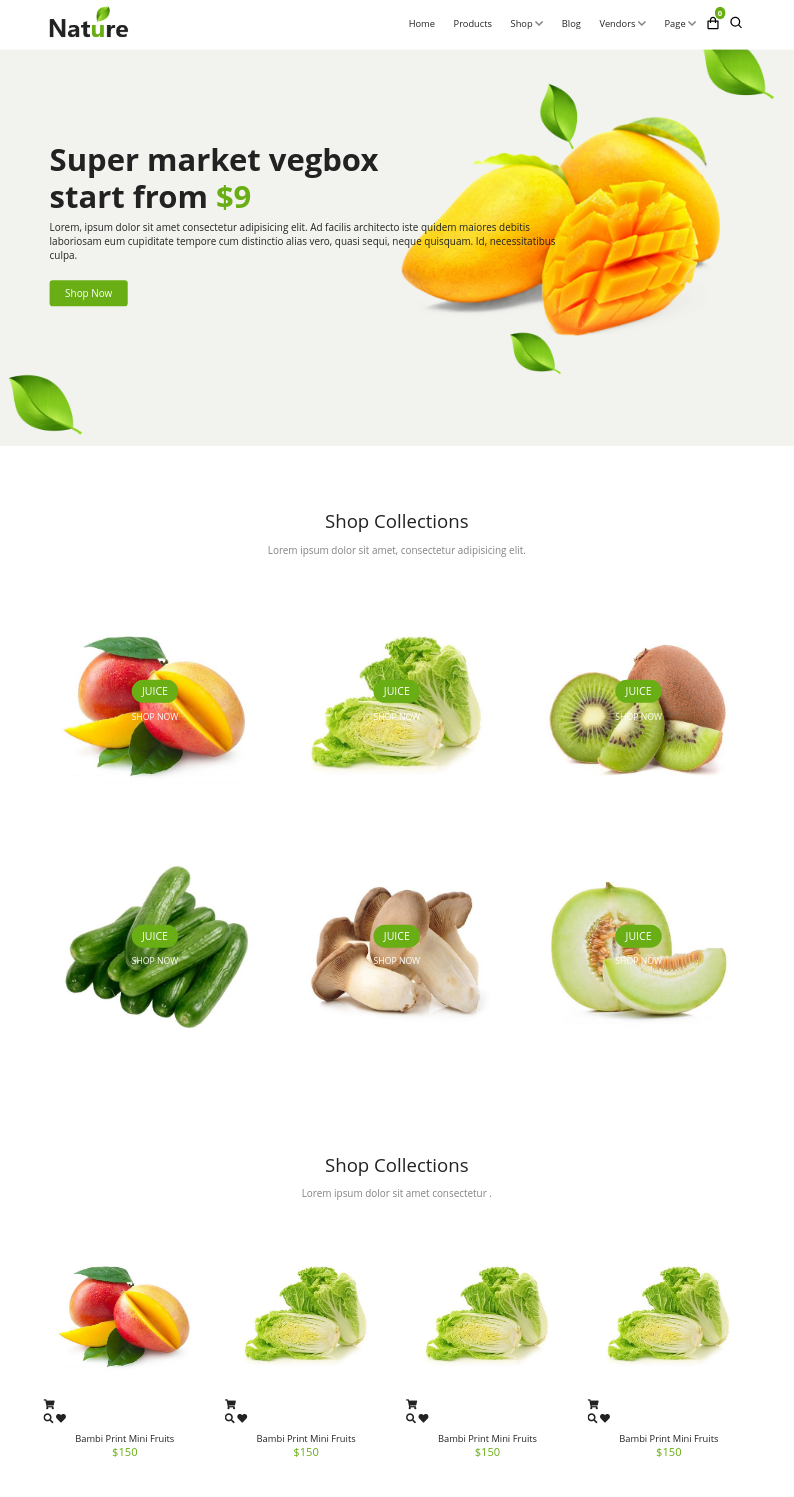
Repository: hoanggiainfomation/hoanggiainfomation.github.io
Page: index.html
An editor plug-in stored every save of this project. The page is shown before and after the next save, followed by the edit.
The browser window is 1280 px wide. The pictures show the whole page, at 62% of full size.
Some web libraries are served in a nearby version.

Above is the page before, as saved 2021-08-17 21:13:13.

After the next save:
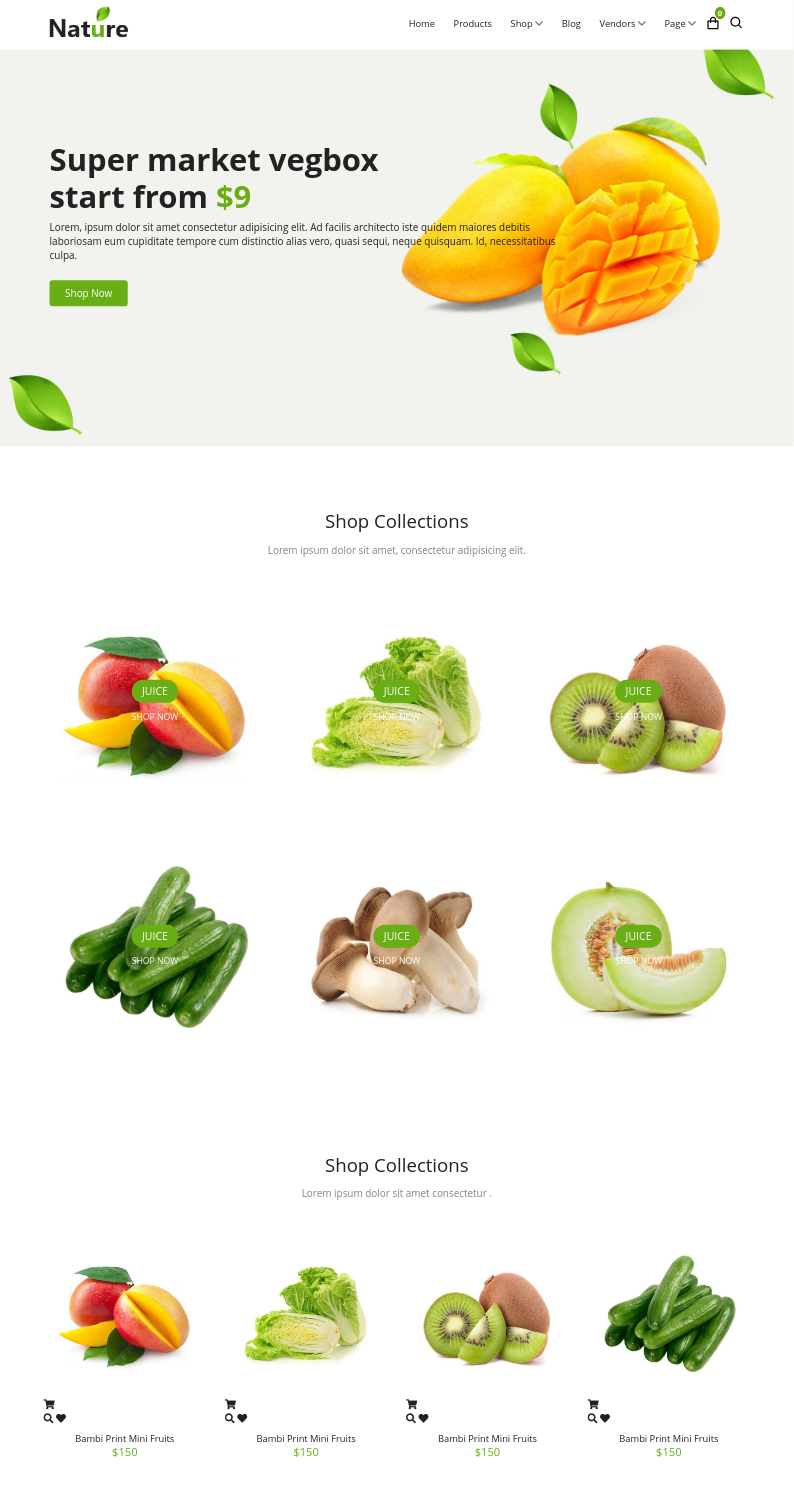
Saved 19 s later.
--- a/index.html
+++ b/index.html
@@ -310,7 +310,7 @@
             <div class="swiper-slide">
               <div class="product">
                 <div class="img-container">
-                  <img src="./images/product-2.jpg" alt="" />
+                  <img src="./images/product-3.jpg" alt="" />
                   <div class="addCart">
                     <i class="fas fa-shopping-cart"></i>
                   </div>
@@ -331,7 +331,7 @@
             <div class="swiper-slide">
               <div class="product">
                 <div class="img-container">
-                  <img src="./images/product-2.jpg" alt="" />
+                  <img src="./images/product-4.jpg" alt="" />
                   <div class="addCart">
                     <i class="fas fa-shopping-cart"></i>
                   </div>
